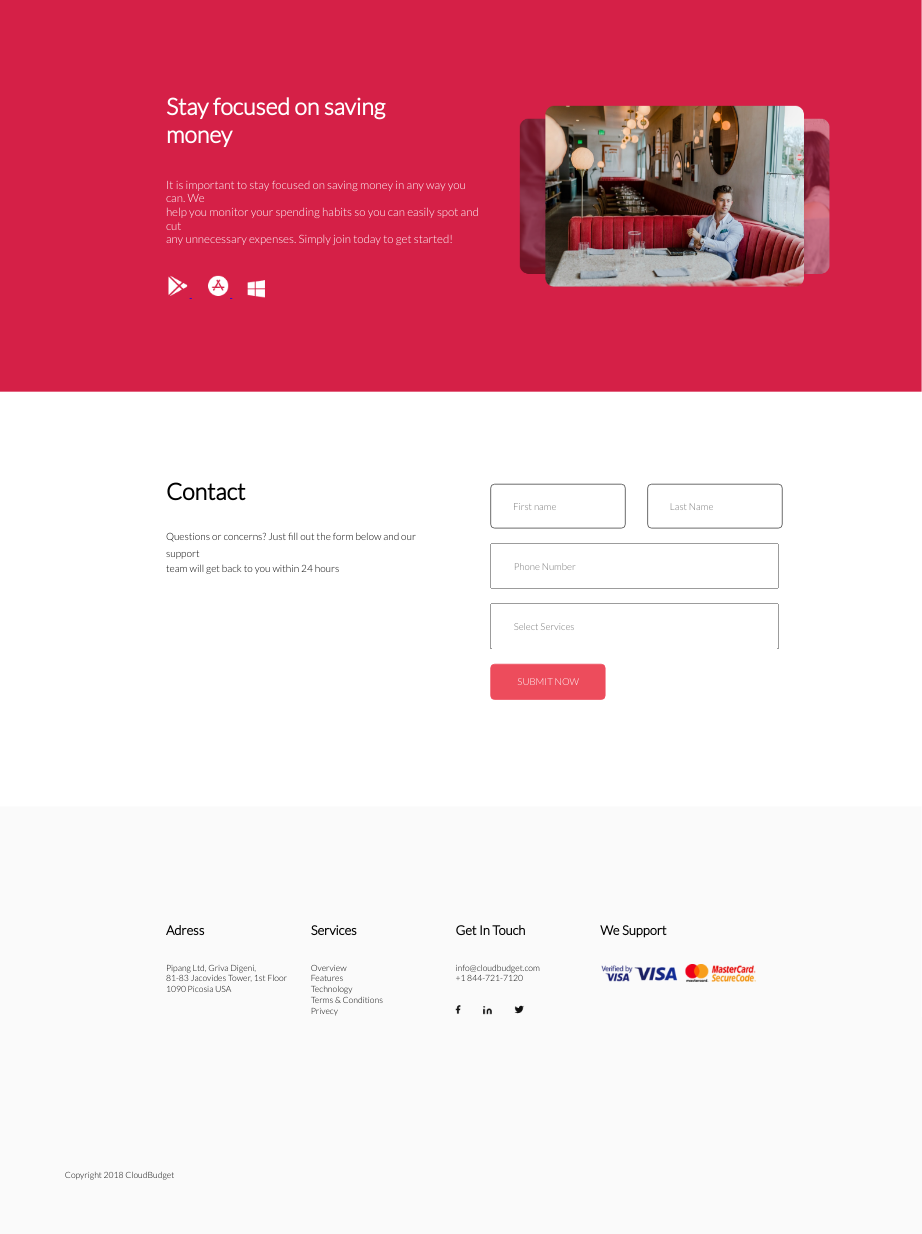
Repository: batonAnton/Cursor_lecture4
Page: index.html
These files come from the project's save history. The page is drawn as it stood at one moment and after the next save; the edit follows.
The browser window is 1280 px wide. The pictures show the whole page, at 72% of full size.

Above is the page before, as saved 2022-06-09 16:35:10.

After the next save:
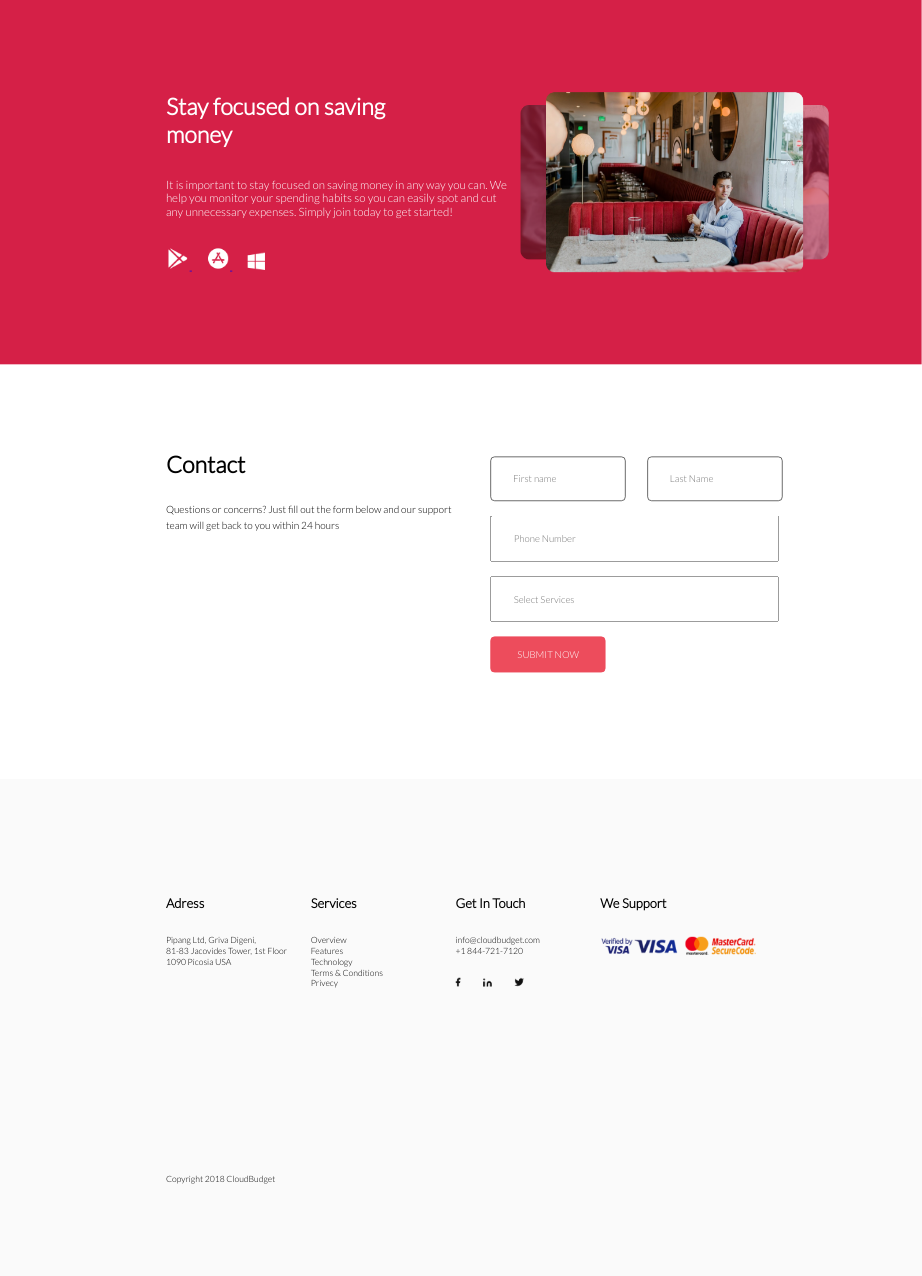
Saved 5 min 8 s later.
--- a/css/style.css
+++ b/css/style.css
@@ -32,7 +32,6 @@ header {
 }
 
 .info-box p {
-  width: 90%;
   margin: 40px 0;
   font-size 14px;
 }
@@ -118,19 +117,14 @@ footer {
 }
 
 .all-block {
-  /* display: inline-flex;
-  padding: 85px 90px 75px 90px;
-  margin: 0 auto;
-  width: 100%; */
   display: inline-flex;
-    padding: 10% 18%;
-    width: 100%;
+  padding: 10% 18%;
+  width: 100%;
 }
 
 
 .all-block div {
   width: 30%;
-  /* padding: 0 15% 0 15%; */
 }
 
 footer h1 {
@@ -163,5 +157,9 @@ footer h1 {
 }
 
 .copyright{
-  padding: 85px 90px 75px 90px;
+  padding: 10% 18%;
 }
+
+ .option{
+  width: 100%;
+}
